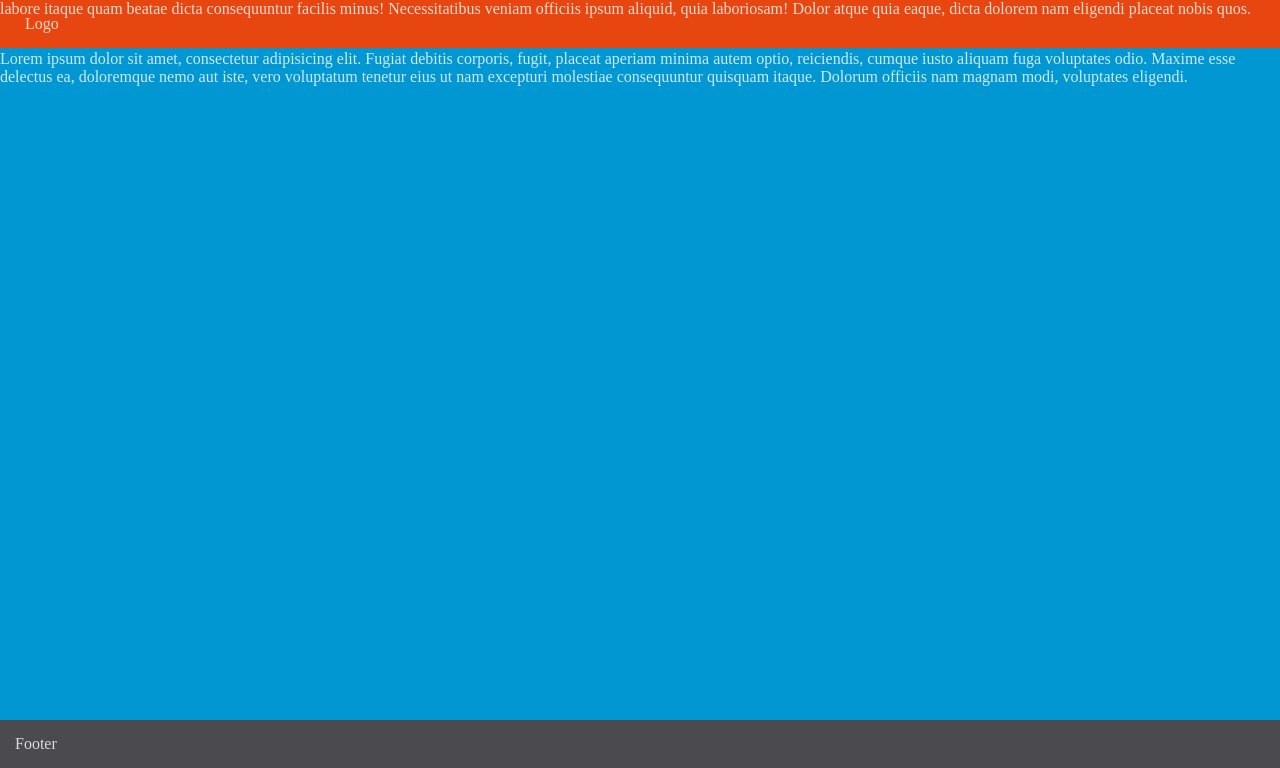
Repository: Leannald13/Another-website-attempt
Page: index.html
The author's editor kept a record of every edit. The page is drawn from the files as they stood at one moment, then again after the next edit.
The browser window is 1280 px wide. The pictures show the whole page.

Above is the page before.

After the next edit:
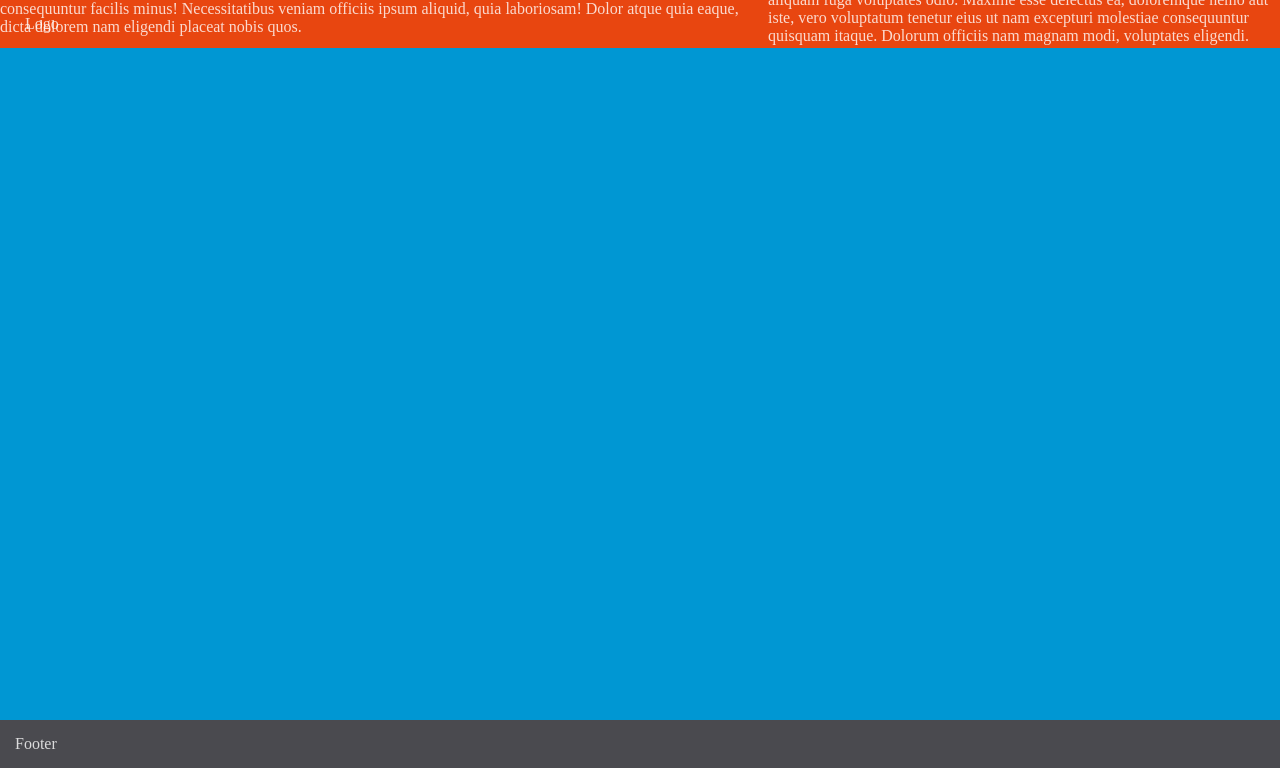
The edit:
--- a/main.css
+++ b/main.css
@@ -42,7 +42,7 @@
     float: left;
 }
 
-@media (mid-width: 768px) {
+@media (min-width: 768px) {
     .column-60 {
         width: 60%;
     }
